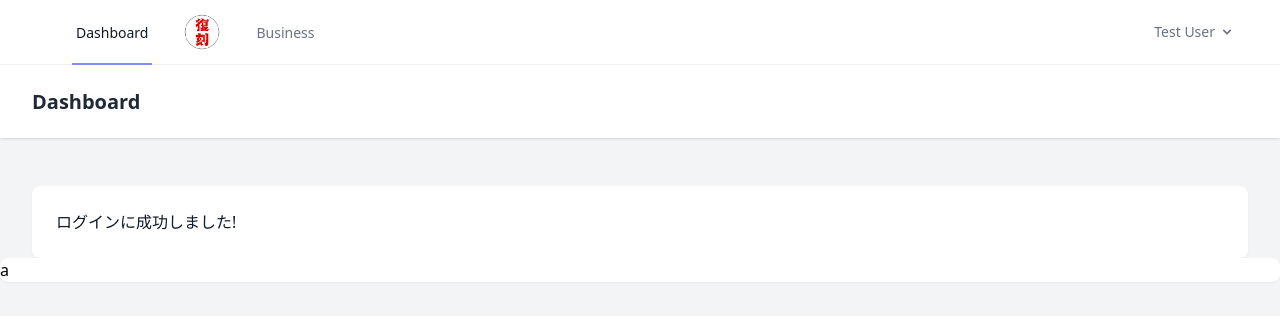
Repository: kyoko-shiraishi/Reproduce
Page: http://localhost/dashboard
An editor plug-in stored every save of this project. The page is shown before and after the next save, followed by the edit.
The browser window is 1280 px wide. The pictures show the whole page.
Some web libraries are served in a nearby version. The page is served by the project's Laravel application, run on PHP 8.4 with Laravel 12. A made-up administrator, Test User (test@example.com), is signed in. Other server files are loaded and not shown. Style sheets and scripts are compiled from the project's sources, by tool versions that may differ from the author's. Queries for data that is not in the repository find no rows.

Above is the page before, as saved 2024-10-24 20:14:35.

### app/Providers/AppServiceProvider.php
<?php
namespace App\Providers;

use Illuminate\Support\ServiceProvider;
use Illuminate\Support\Facades\View;
use App\Models\Category; // Categoryモデルをインポート

class AppServiceProvider extends ServiceProvider
{
    public function boot()
    {
        // \URL::forceScheme('https');
        // すべてのビューにカテゴリを渡す
        View::composer('*', function ($view) {
            $categories = Category::all();
            $view->with('categories', $categories);
        });
    }

    public function register()
    {
        //
    }
}

### routes/web.php
<?php

use App\Http\Controllers\ProfileController;
use Illuminate\Support\Facades\Route;
use App\Http\Controllers\PleaseController;
use App\Http\Controllers\Auth\AuthenticatedSessionController;
use App\Http\Controllers\SearchController;
use App\Http\Controllers\PostController;
use App\Http\Controllers\NewController;
use App\Http\Controllers\LikeController;

// ララベルトップルート
Route::get('/', function () {
    return view('welcome');
});



// ログインページのルート
Route::get('/login', [AuthenticatedSessionController::class, 'create'])->name('login');

// ログイン処理のルート
Route::post('/login', [AuthenticatedSessionController::class, 'store']);

// 登録ページのルート
Route::get('/register', [RegisteredUserController::class, 'create'])->name('register');

// 登録処理のルート
Route::post('/register', [RegisteredUserController::class, 'store']);

// ダッシュボードのルート
Route::get('/dashboard', function () {
    return view('dashboard');
})->middleware(['auth', 'verified'])->name('dashboard');




// 認証が必要なルート
Route::middleware('auth')->group(function () {
// ホームページのルート
Route::get('/home',[PleaseController::class,'home'])->name('home');

Route::get('/business',[PleaseController::class,'business'])->name('business');
Route::get('/infomation',[PleaseController::class,'infomation'])->name('infomation');
Route::get('/logo',[PleaseController::class,'logo'])->name('logo');

Route::get('/search',[SearchController::class,'search'])->name('search.results');
Route::get('/post/{id}',[PostController::class,'post'])->name('post');
Route::get('/new_thread_create',[PleaseController::class,'new_thread_create'])->name('new_thread_create');

Route::post('/thread_store',[NewController::class,'category'])->name('category');

Route::post('/thread_store',[NewController::class,'thread_store'])->name('thread_store');
Route::get('/new_post_create/{id}', [NewController::class, 'new_post_create'])->name('new_post_create');

Route::post('/post_store/{threadId}', [NewController::class, 'post_store'])->name('post_store');
Route::get('/delete',[PleaseController::class,'delete_show'])->name('delete_show');
Route::post('/delete_selected',[PleaseController::class,'delete_selected'])->name('delete_selected');

Route::post('/thread/like', [LikeController::class, 'likeThread']);
Route::post('/post/like',[LikeController::class, 'LikePost']);


    Route::get('/profile', [ProfileController::class, 'edit'])->name('profile.edit');
    Route::patch('/profile', [ProfileController::class, 'update'])->name('profile.update');
    Route::delete('/profile', [ProfileController::class, 'destroy'])->name('profile.destroy');
});

require __DIR__.'/auth.php';

### app/Models/User.php
<?php

namespace App\Models;

// use Illuminate\Contracts\Auth\MustVerifyEmail;
use Illuminate\Database\Eloquent\Factories\HasFactory;
use Illuminate\Foundation\Auth\User as Authenticatable;
use Illuminate\Notifications\Notifiable;

class User extends Authenticatable
{
    use HasFactory, Notifiable;

    /**
     * The attributes that are mass assignable.
     *
     * @var array<int, string>
     */
    protected $fillable = [
        'name',
        'email',
        'password',
        'prefecture',
        'age',
        'gender',
    ];

    /**
     * The attributes that should be hidden for serialization.
     *
     * @var array<int, string>
     */
    protected $hidden = [
        'password',
        'remember_token',
    ];

    /**
     * Get the attributes that should be cast.
     *
     * @return array<string, string>
     */
    protected function casts(): array
    {
        return [
            'email_verified_at' => 'datetime',
            'password' => 'hashed',
        ];
    }
    public function prefecture(){
return $this->belongsTo(prefecture::class,'prefectures_id');
    }
    public function threads(){
        return $this->hasMany(Thread::class);
    }
    public function posts(){
        return $this->hasMany(Post::class);
    }
    public function thread_likes(){
        return $this->hasMany(ThreadLike::class);
    }
    public function post_likes(){
        return $this->hasMany(PostLike::class);
    }
}

### app/Models/Category.php
<?php

namespace App\Models;

use Illuminate\Database\Eloquent\Factories\HasFactory;
use Illuminate\Database\Eloquent\Model;

class Category extends Model
{
    use HasFactory;

    // 保存するデータ
    protected $fillable = ['name'];


    /**
     * 製品とのリレーション
     */
    public function products()
    {
        return $this->hasMany(Product::class, 'category_id');
        // 'category_id' は、Product テーブル内の外部キーのカラム名です。このカラムは、どの Category に属しているかを示します
    }
}

### resources/views/dashboard.blade.php
<x-app-layout>
@vite(['resources/css/app.css', 'resources/js/app.js'])
    <x-slot name="header">
        <h2 class="font-semibold text-xl text-gray-800 leading-tight">
            {{ __('Dashboard') }}
        </h2>
    </x-slot>

    <div class="py-12">
        <div class="max-w-7xl mx-auto sm:px-6 lg:px-8">
            <div class="bg-white overflow-hidden shadow-sm sm:rounded-lg">
                <div class="p-6 text-gray-900">
                    {{ __("ログインに成功しました!") }}
                </div>
            </div>
        </div>
        <div class="bg-white overflow-hidden shadow-sm sm:rounded-lg ">

                    a

            </div>
    </div>
</x-app-layout>

### resources/views/layouts/app.blade.php
<!DOCTYPE html>
<html lang="{{ str_replace('_', '-', app()->getLocale()) }}">
    <head>
        <meta charset="utf-8">
        <meta name="viewport" content="width=device-width, initial-scale=1">
        <meta name="csrf-token" content="{{ csrf_token() }}">
        @vite(['resources/css/app.css', 'resources/js/app.js'])


        <title>{{ config('app.name', 'Laravel') }}</title>

        <!-- Fonts -->

        <!-- Scripts -->
        <script src="https://kit.fontawesome.com/e7550042f0.js" crossorigin="anonymous"></script>

        <style>
        .threadList{
        text-align:center;
        }
        .each {

            width: 100%; /* 幅を100%に設定 */
            margin: 0; /* 左右のマージンを0に設定 */
            padding: 0; /* パディングを0に設定 */
        }

        .each {
            display:flex;
            flex-wrap:wrap;/* 折り返し */
            list-style-type: none; /* リストスタイルを消去 */
            width:100%;
            margin:0px;
        }

        a{
            width:100%;
        }


       .like-btn{
        z-index:10;

       }


        .each li {
            /* border: 1px solid #ccc; 各スレッドにボーダーを追加 */
            padding: 0px; /* 内側のパディングを設定 */
            margin-bottom: 10px; /* 各リスト項目の下にマージンを追加 */
            width: 1250x;
            margin:0 auto 50px;
        }
        @media screen and (min-width:380px){
            .border-4.border-blue-400.rounded-lg.p-4.shadow-md.flex.items-start{
                width:46%;
                margin:20px 2%;
            }
        }
        @media screen and (max-width:379.9px){
            .border-4.border-blue-400.rounded-lg.p-4.shadow-md.flex.items-start{
               margin:10px 0;
            }
        }
        .liked{
            color:orangered;
            transition:.2s;
        }
        .flexbox{
            align-items: center;
            display: flex;
        }
        .count-num{
            font-size: 20px;
            margin-left: 10px;
        }
        .fa-heart{
            font-size: 30px;
        }
        .responsive-img {
            /* max-width: 100%; 画像の最大幅を親要素に合わせる */
            /* width: 500px; 画像の幅を固定 */
            /* height: 200px; 画像の高さを固定 */
            /* object-fit: cover; 縦横比を維持しつつ、指定したサイズに収まるように調整 */
            /* border-radius: 8px; 角を少し丸くしたい場合 */
            width:100%;

        }
        .content{
            margin-bottom:50px;
        }
        .yoko{
            display:flex;
            justify-content:space-evenly;
        }
        .yoko p {
            margin-right: 10px; /* 右側の間隔を設定 */
        }
        .yoko h3{
            margin-right: 10px;
        }
        .top-thread-1 {

            background: linear-gradient(45deg, #c0b283 0%, #c0b283 45%, #FEE9A0 70%, #c0b283 85%, #c0b283 90% 100%);
  background-size: 800% 400%;
  animation: gradient 5s infinite cubic-bezier(.62, .28, .23, .99) both;
        }
        @keyframes gradient {
  0% {
    background-position: 0% 50%;
  }

  50% {
    background-position: 100% 50%;
  }

  100% {
    background-position: 0% 50%;
  }
}
        .top-thread-2 {
            background: linear-gradient(45deg, #757575 0%, #9E9E9E 45%, #E8E8E8 70%, #9E9E9E 85%, #757575 90% 100%);
  background-size: 800% 400%;
  animation: gradient 5s infinite cubic-bezier(.62, .28, .23, .99) both;
        }
        @keyframes gradient {
  0% {
    background-position: 0% 50%;
  }

  50% {
    background-position: 100% 50%;
  }

  100% {
    background-position: 0% 50%;
  }
}

        .top-thread-3 {
            background: linear-gradient(45deg, #a57e65 0%, #a57e65 45%, #f3cfb8 70%, #a57e65 85%, #a57e65 90% 100%);
  background-size: 800% 400%;
  animation: gradient 5s infinite cubic-bezier(.62, .28, .23, .99) both;
        }
        @keyframes gradient {
  0% {
    background-position: 0% 50%;
  }

  50% {
    background-position: 100% 50%;
  }

  100% {
    background-position: 0% 50%;
  }
}

        .comment_list{
            margin:20px;
        }
        .font-bold{
            margin-bottom:20px;
        }
        .button{
            margin:20px;
        }

    </style>

    </head>
    <body class="font-sans antialiased">
        <div class="min-h-screen bg-gray-100">
            @include('layouts.navigation')

            <!-- Page Heading -->
            @isset($header)
                <header class="bg-white shadow">
                    <div class="max-w-7xl mx-auto py-6 px-4 sm:px-6 lg:px-8">
                        {{ $header }}
                    </div>
                </header>
            @endisset

            <!-- Page Content -->
            <main>
                {{ $slot }}
            </main>
        </div>
    </body>
</html>

### resources/views/layouts/navigation.blade.php
<nav x-data="{ open: false }" class="bg-white border-b border-gray-100">
    <!-- Primary Navigation Menu -->
    <div class="max-w-7xl mx-auto px-4 sm:px-6 lg:px-8">
        <div class="flex justify-between h-16">
        <div class="flex">
                <!-- Navigation Links -->
                <div class="hidden space-x-8 sm:-my-px sm:ms-10 sm:flex">
                    <x-nav-link :href="route('dashboard')" :active="request()->routeIs('dashboard')">
                        {{ __('Dashboard') }}
                    </x-nav-link>
                     <!-- Logo -->
                <div class="shrink-0 flex items-center">
                    <a href="{{ route('home') }}">
                        <img src="{{ asset('images/logo2.png') }}" class="block h-9 w-auto" alt="Logo">
                    </a>
                </div>
                    <x-nav-link :href="route('business')" :active="request()->routeIs('index')">
                        {{ __('Business') }}
                    </x-nav-link>
                </div>


            </div>


            <!-- Settings Dropdown -->
            <div class="hidden sm:flex sm:items-center sm:ms-6">
                <x-dropdown align="right" width="48">
                    <x-slot name="trigger">
                        <button class="inline-flex items-center px-3 py-2 border border-transparent text-sm leading-4 font-medium rounded-md text-gray-500 bg-white hover:text-gray-700 focus:outline-none transition ease-in-out duration-150">
                        @auth
                            <div>{{ Auth::user()->name }}</div>
                        @endauth

                            <div class="ms-1">
                                <svg class="fill-current h-4 w-4" xmlns="http://www.w3.org/2000/svg" viewBox="0 0 20 20">
                                    <path fill-rule="evenodd" d="M5.293 7.293a1 1 0 011.414 0L10 10.586l3.293-3.293a1 1 0 111.414 1.414l-4 4a1 1 0 01-1.414 0l-4-4a1 1 0 010-1.414z" clip-rule="evenodd" />
                                </svg>
                            </div>
                        </button>
                    </x-slot>

                    <x-slot name="content">
                        <x-dropdown-link :href="route('profile.edit')">
                            {{ __('Profile') }}
                        </x-dropdown-link>

                        <x-dropdown-link :href="route('delete_show')">
                            {{ __('delete') }}
                        </x-dropdown-link>

                        <!-- Authentication -->
                        <form method="POST" action="{{ route('logout') }}">
                            @csrf

                            <x-dropdown-link :href="route('logout')"
                                    onclick="event.preventDefault();
                                                this.closest('form').submit();">
                                {{ __('Log Out') }}
                            </x-dropdown-link>
                        </form>
                    </x-slot>
                </x-dropdown>
            </div>

            <!-- Hamburger -->
            <div class="-me-2 flex items-center sm:hidden">
                <button @click="open = ! open" class="inline-flex items-center justify-center p-2 rounded-md text-gray-400 hover:text-gray-500 hover:bg-gray-100 focus:outline-none focus:bg-gray-100 focus:text-gray-500 transition duration-150 ease-in-out">
                    <svg class="h-6 w-6" stroke="currentColor" fill="none" viewBox="0 0 24 24">
                        <path :class="{'hidden': open, 'inline-flex': ! open }" class="inline-flex" stroke-linecap="round" stroke-linejoin="round" stroke-width="2" d="M4 6h16M4 12h16M4 18h16" />
                        <path :class="{'hidden': ! open, 'inline-flex': open }" class="hidden" stroke-linecap="round" stroke-linejoin="round" stroke-width="2" d="M6 18L18 6M6 6l12 12" />
                    </svg>
                </button>
            </div>
        </div>
    </div>

    <!-- Responsive Navigation Menu -->
    <div :class="{'block': open, 'hidden': ! open}" class="hidden sm:hidden">
        <div class="pt-2 pb-3 space-y-1">
            <x-responsive-nav-link :href="route('dashboard')" :active="request()->routeIs('dashboard')">
                {{ __('Dashboard') }}
            </x-responsive-nav-link>
        </div>

        <!-- Responsive Settings Options -->
        <div class="pt-4 pb-1 border-t border-gray-200">
            <div class="px-4">
                <div class="font-medium text-base text-gray-800">{{ Auth::user()->name }}</div>
                <div class="font-medium text-sm text-gray-500">{{ Auth::user()->email }}</div>
            </div>

            <div class="mt-3 space-y-1">
                <x-responsive-nav-link :href="route('profile.edit')">
                    {{ __('Profile') }}
                </x-responsive-nav-link>

                <!-- Authentication -->
                <form method="POST" action="{{ route('logout') }}">
                    @csrf

                    <x-responsive-nav-link :href="route('logout')"
                            onclick="event.preventDefault();
                                        this.closest('form').submit();">
                        {{ __('Log Out') }}
                    </x-responsive-nav-link>
                </form>
            </div>
        </div>
    </div>
</nav>

Loaded but not shown: routes/auth.php (common file); app/Http/Controllers/Auth/EmailVerificationPromptController.php (common file); app/Http/Controllers/Controller.php (common file); app/Http/Controllers/Auth/VerifyEmailController.php (common file); app/View/Components/AppLayout.php (common file); resources/views/components/nav-link.blade.php (common file); resources/views/components/dropdown-link.blade.php (common file); resources/views/components/dropdown.blade.php (common file); resources/views/components/responsive-nav-link.blade.php (common file); resources/css/app.css (common file); tailwind.config.js (common file)

After the next save:
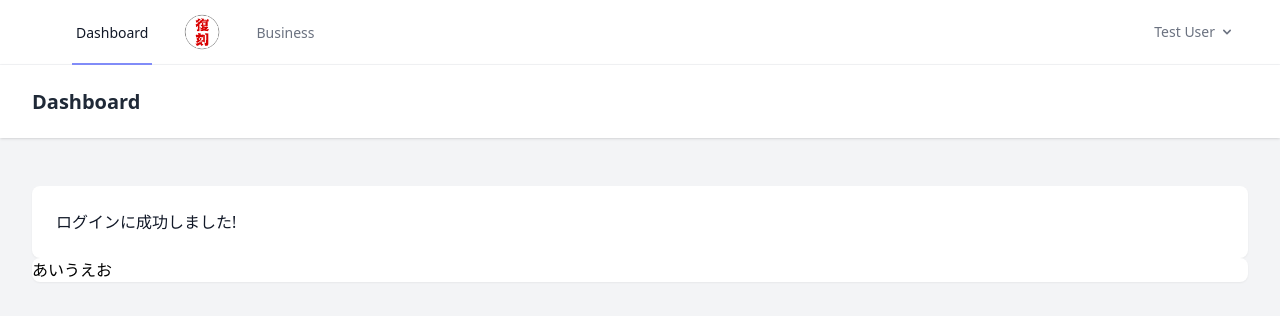
Saved 8 min 47 s later.
--- a/resources/views/dashboard.blade.php
+++ b/resources/views/dashboard.blade.php
@@ -13,11 +13,10 @@
                     {{ __("ログインに成功しました!") }}
                 </div>
             </div>
+            <div class="bg-white overflow-hidden shadow-sm sm:rounded-lg">
+                あいうえお
+            </div>
         </div>
-        <div class="bg-white overflow-hidden shadow-sm sm:rounded-lg ">
 
-                    a
-
-            </div>
     </div>
 </x-app-layout>
